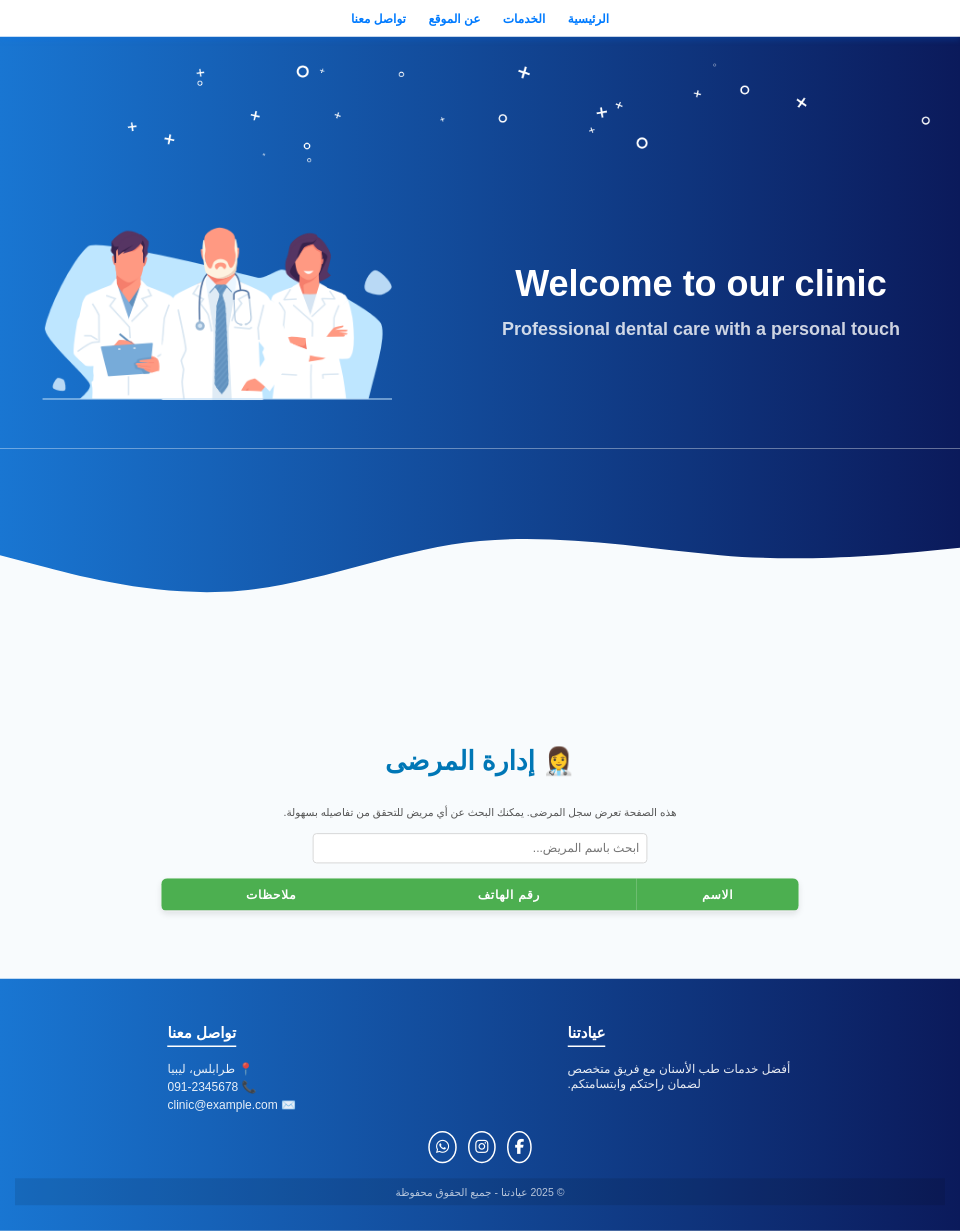
Repository: mysite4/s
Page: http://localhost/services/patients/
These files come from the project's save history. The page is drawn as it stood at one moment and after the next save; the edit follows.
The browser window is 1280 px wide. The pictures show the whole page, at 75% of full size.
Some web fonts or font styles are not loaded; a fallback is used. The page is served by the project's application, run on Django 5.2 (manage.py). Queries for data that is not in the repository find no rows.

Above is the page before, as saved 2025-10-28 17:27:54.

After the next save:
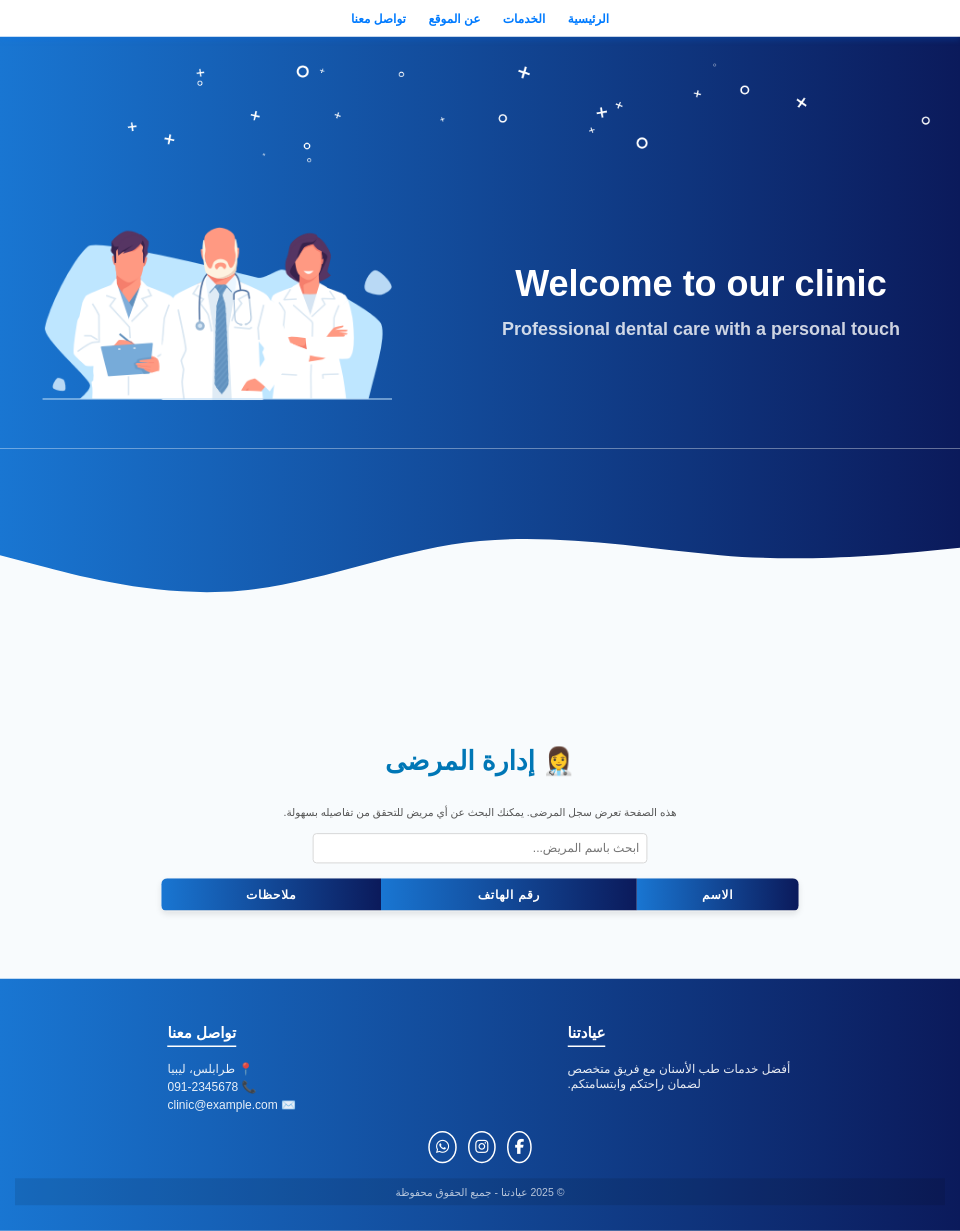
Saved 16 min 8 s later.
--- a/main/templates/services/patients.html
+++ b/main/templates/services/patients.html
@@ -70,7 +70,7 @@
 }
 
 #patients-table th {
-  background-color: #4CAF50;
+  background: linear-gradient(to right, #1976d2, #0b1a5b);
   color: white;
   text-transform: uppercase;
   letter-spacing: 1px;
